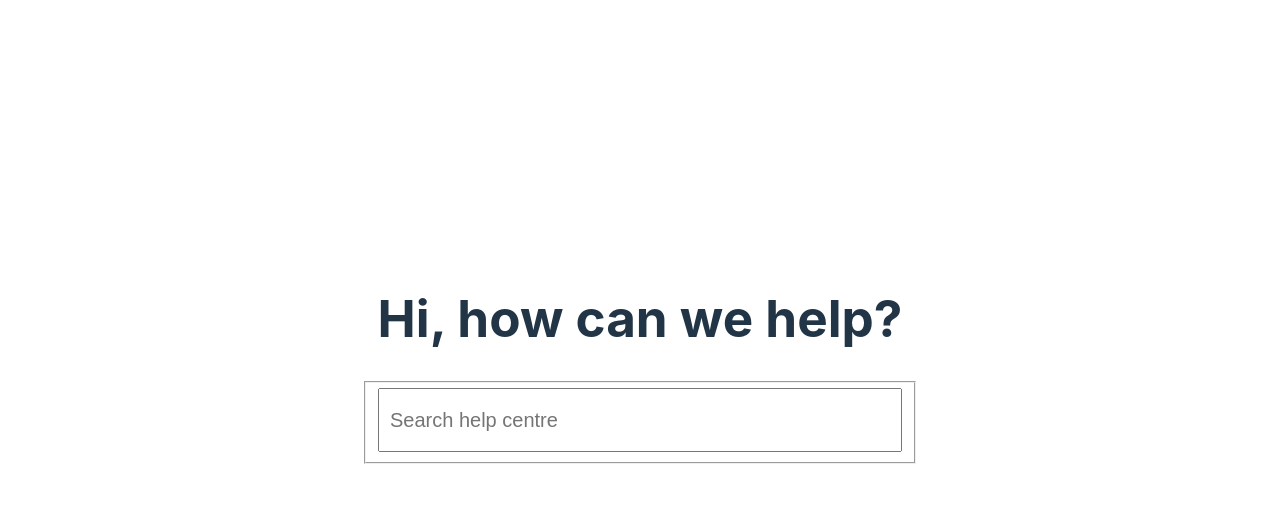
Repository: mukeshghodela-easternts/search-bar-component
Page: /
An editor plug-in stored every save of this project. The page is shown before and after the next save, followed by the edit.
The browser window is 1280 px wide. The pictures show the whole page.
The project was rebuilt for these pictures with package versions that can differ from the ones it lists, and the page was loaded fresh each time. Also part of the build but not shown: vite.config.ts.

Above is the page before, as saved 2023-03-22 13:33:09.

### src/App.tsx
import { useState } from 'react'
import reactLogo from './assets/react.svg'
import viteLogo from '/vite.svg'
import './App.css'
import SearchBar from './components/SearchBar'

function App() {
  const [count, setCount] = useState(0)

  return (
    <div className="App">
      <SearchBar/>
    </div>
  )
}

export default App

### src/App.css
#root {
  max-width: 1280px;
  margin: 0 auto;
  padding: 2rem;
  text-align: center;
}

.logo {
  height: 6em;
  padding: 1.5em;
  will-change: filter;
  transition: filter 300ms;
}
.logo:hover {
  filter: drop-shadow(0 0 2em #646cffaa);
}
.logo.react:hover {
  filter: drop-shadow(0 0 2em #61dafbaa);
}

@keyframes logo-spin {
  from {
    transform: rotate(0deg);
  }
  to {
    transform: rotate(360deg);
  }
}

@media (prefers-reduced-motion: no-preference) {
  a:nth-of-type(2) .logo {
    animation: logo-spin infinite 20s linear;
  }
}

.m-searchWidget input{
  width: 500px;
  height: 40px;
  padding: 10px 10px;
  font-size: 20px;
}

.card {
  padding: 2em;
}

.read-the-docs {
  color: #888;
}

### src/components/SearchBar.tsx
import { SetStateAction, useEffect, useState } from "react"
import questions from '../data/questions'

interface searchRes {
  category: string
  question: string
  link: string
}

function SearchBar() {
    const [inputValue, setInputValue] = useState('')
    const [searchResults, setSearchResults] = useState<searchRes[]>([]);

    const handleInputChange = (event: { target: { value: SetStateAction<string>; }; }) => {
        setInputValue(event.target.value);
        const val = (event.target as HTMLInputElement).value
        if (val != '') {
            let filteredQuestions = questions.filter((obj) => obj?.question.toLowerCase().replace('and', '&').includes(val.toLowerCase().replace('and', '&')) || obj?.category.toLowerCase().replace('and', '&').includes(val.toLowerCase().replace('and', '&')))
            setSearchResults(filteredQuestions as searchRes[])
        } else {
            setSearchResults([])
        }
    };

    const searchItems = (): any => {
      return searchResults.map((el: any) => {
        const txtIndex = el.question.toLowerCase().indexOf(inputValue)
        const txtLenght = inputValue.length
        return {
          link: el.link,
          question:
            txtIndex >= 0
              ? `<span class="searchResult">${el.question.slice(0, txtIndex)}<span class="boldText">${el.question.slice(
                  txtIndex,
                  txtIndex + txtLenght
                )}</span>${el.question.slice(txtIndex + txtLenght)} -</span>
          <span class="searchCategory desktop-down"> ${
            el.category
          }</span></span> <span class="searchCategory desktop-up">${el.category}</span>`
              : `<span class="searchResult">${el.question} -</span>
          <span class="searchCategory desktop-down"> ${el.category}</span></span> <span class="searchCategory desktop-up">${el.category}</span>`,
        }
      })
    };

    useEffect(() => {
        document.addEventListener('click', (e: any) => {
            if (!e.target.closest('.m-search-results') && !e.target.closest('.m-searchWidget')) {
                setSearchResults([])
            }
        })
    }, [])


    return (
        <div className="full-bleed">
            <div className="o-search-container">
                <h1 className="H1Bold38">Hi, how can we help?</h1>
                <fieldset className="m-searchWidget">
                    <input type="text" placeholder="Search help centre" value={inputValue} onChange={handleInputChange} />
                    <span className="a-searchIcon"></span>
                </fieldset>
                {/* <div className="m-search-results" v-if="searchItems.length > 0">
                    <p className="a-result-title PBold14">Top article suggestions</p>
                    <div className="a-result-link" v-for="(res, index) in searchItems" :key="index">
                    <router-link :to="{ path: res.link }">
                        <div v-html="res.question"></div>
                    </router-link>
                    </div>
                </div>*/}
            </div>
        </div>
    )
}

export default SearchBar

Loaded but not shown: index.html (common file); src/main.tsx (common file); src/index.css (common file); src/data/questions.ts (959 lines, source omitted)

After the next save:
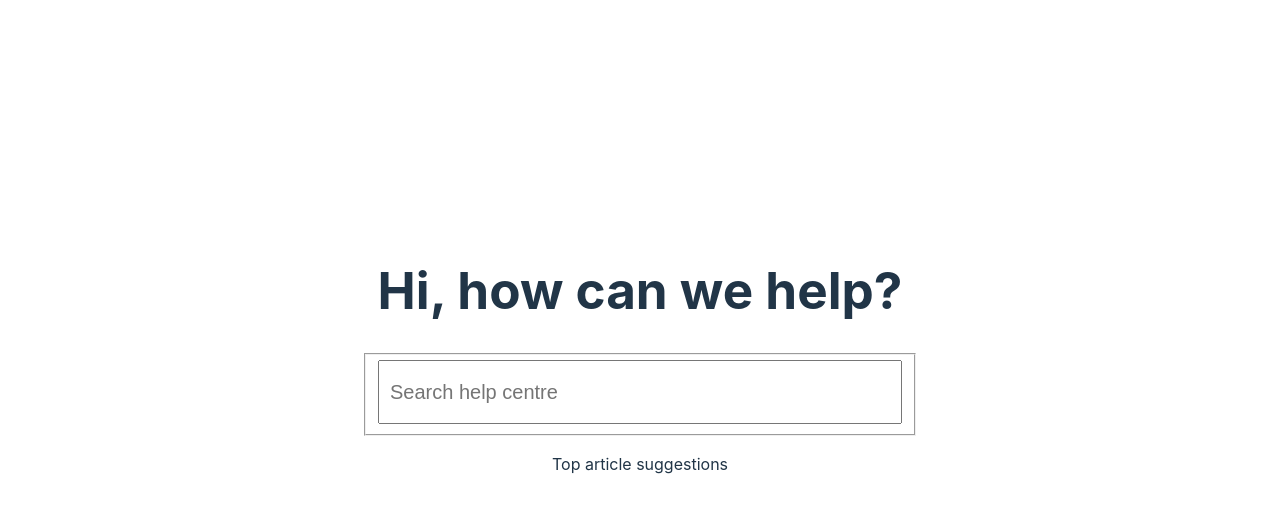
Saved 23 min 55 s later.
--- a/src/components/SearchBar.tsx
+++ b/src/components/SearchBar.tsx
@@ -60,14 +60,19 @@ function SearchBar() {
                     <input type="text" placeholder="Search help centre" value={inputValue} onChange={handleInputChange} />
                     <span className="a-searchIcon"></span>
                 </fieldset>
-                {/* <div className="m-search-results" v-if="searchItems.length > 0">
+                <div className="m-search-results" v-if="searchItems.length > 0">
                     <p className="a-result-title PBold14">Top article suggestions</p>
-                    <div className="a-result-link" v-for="(res, index) in searchItems" :key="index">
-                    <router-link :to="{ path: res.link }">
-                        <div v-html="res.question"></div>
-                    </router-link>
-                    </div>
-                </div>*/}
+                    {
+                        searchItems().map((el) => {
+                            return el
+                        })
+                    }
+                    {/* <div className="a-result-link" v-for="(res, index) in searchItems" :key="index">
+                        // <router-link :to="{ path: res.link }">
+                        //     <div v-html="res.question"></div>
+                        // </router-link>
+                    </div> */}
+                </div>
             </div>
         </div>
     )
